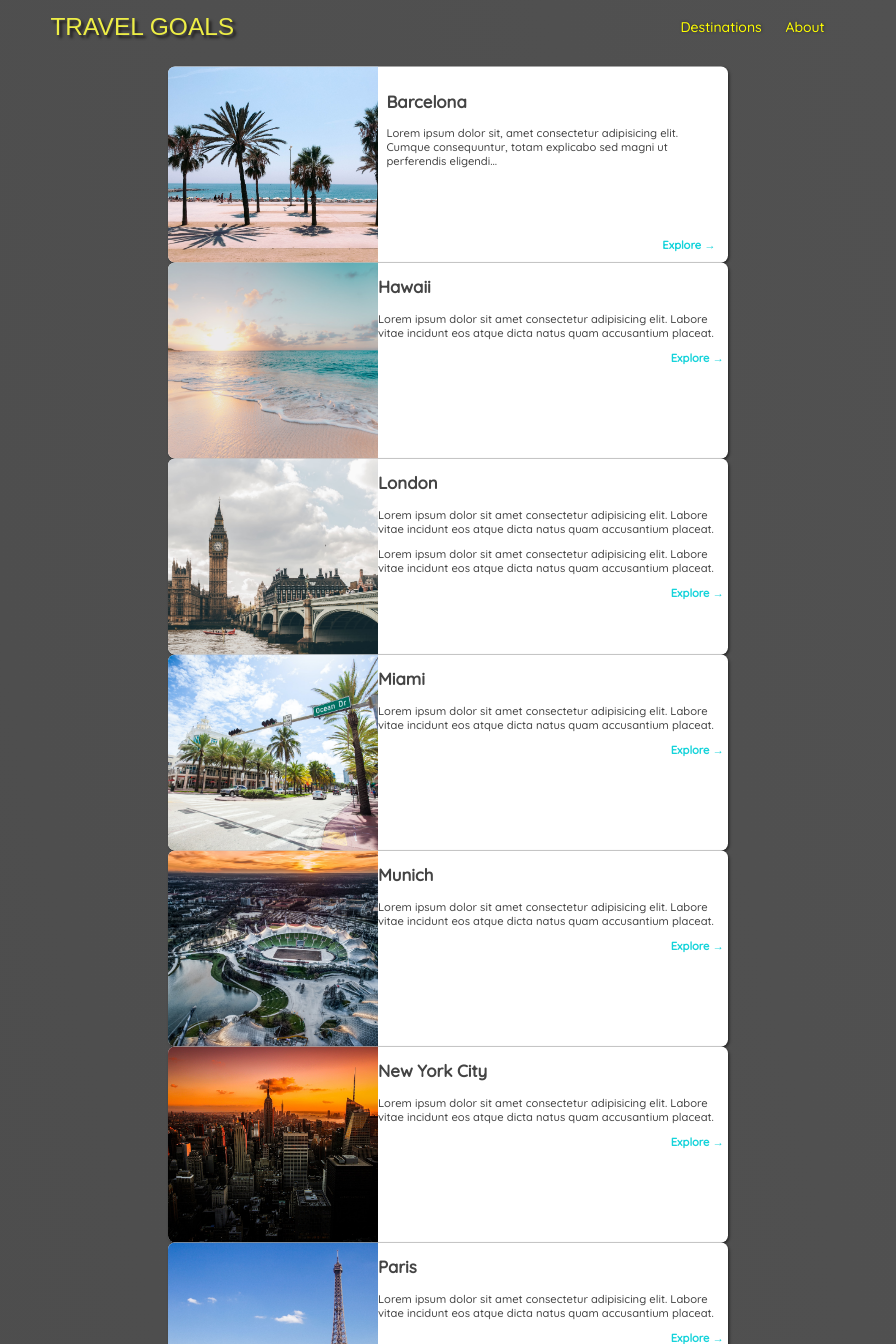
Repository: MicTomm/Travel-Goals
Page: places.html
The author's editor kept a copy of each file at every save. The page is drawn from the files as they stood at one save, then again after the next save.
The browser window is 1280 px wide. The pictures show the part of the page from y = 0 to 1920 px (the page is 3045 px tall), at 70% of full size.
Some web fonts or font styles are not loaded; a fallback is used.

Above is the page before, as saved 2023-06-09 10:24:11.

After the next save:
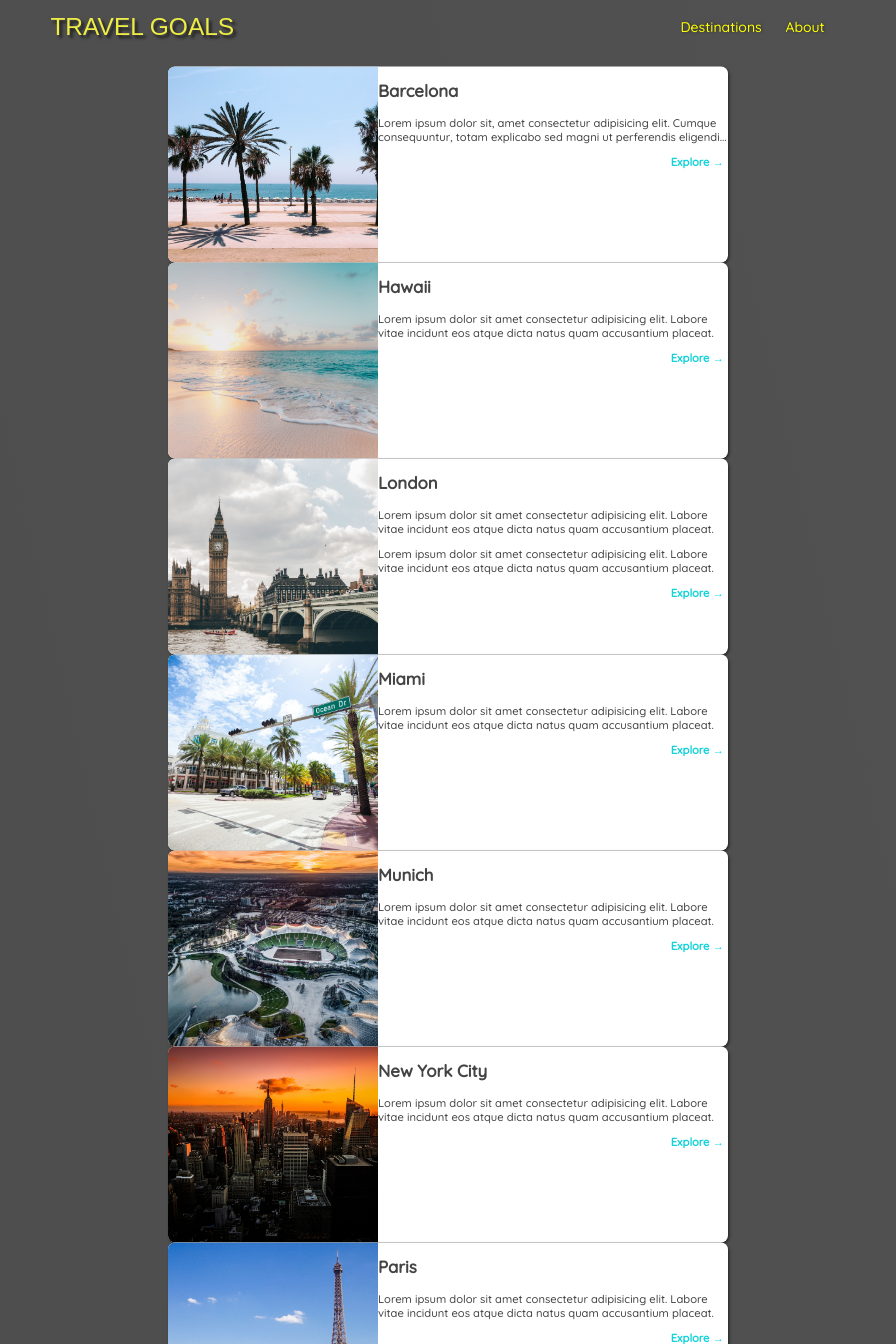
Saved 4 min 21 s later.
--- a/places.html
+++ b/places.html
@@ -26,7 +26,7 @@
         <ul>
             <li>
                 <img src="images/places/barcelona.jpg" alt="Barcelona">
-                <div class="card-content">
+                <div class="item-content">
                     <div>
                         <h2>Barcelona</h2>
                         <p>
